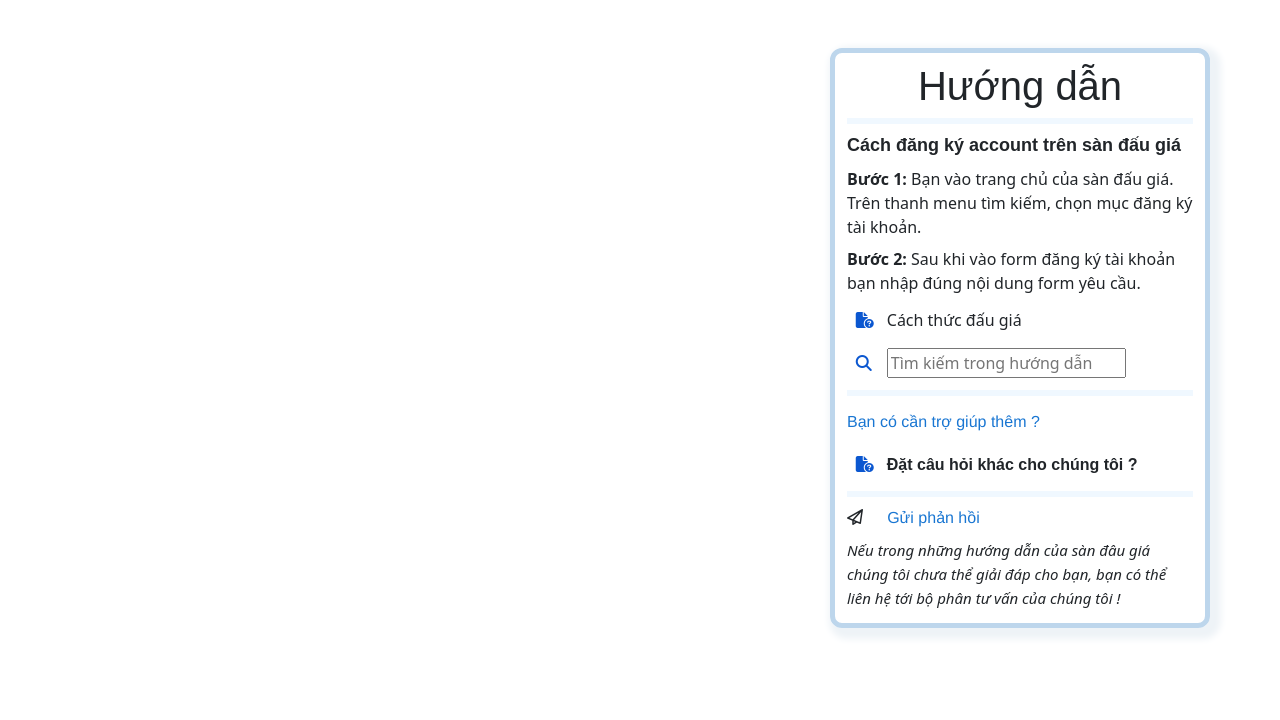
Repository: SonPhamThe/C0622G1-module5
Page: prototype--module6/guides/guide1.html
The author's editor kept a copy of each file at every save. The page is drawn from the files as they stood at one save, then again after a run of saves.
The browser window is 1280 px wide. The pictures show the whole page.
Some web libraries are served in a nearby version.

Above is the page before, as saved 2022-12-07 15:14:17.

### prototype--module6/guides/guide1.html
<!DOCTYPE html>
<html lang="en">
  <head>
    <meta charset="UTF-8" />
    <meta
      name="viewport"
      content="width=device-width, user-scalable=no, initial-scale=1.0, maximum-scale=1.0, minimum-scale=1.0"
    />
    <meta http-equiv="X-UA-Compatible" content="ie=edge" />
    <title>Trang chủ hướng dẫn</title>
    <link rel="stylesheet" href="guide1.css" />
    <link rel="icon" type="image/x-icon" href="favicon.ico" />

    <link
      rel="stylesheet"
      href="https://cdnjs.cloudflare.com/ajax/libs/font-awesome/6.2.1/css/all.min.css"
    />

    <link
      href="https://cdn.jsdelivr.net/npm/bootstrap@5.1.3/dist/css/bootstrap.min.css"
      rel="stylesheet"
      integrity="sha384-1BmE4kWBq78iYhFldvKuhfTAU6auU8tT94WrHftjDbrCEXSU1oBoqyl2QvZ6jIW3"
      crossorigin="anonymous"
    />
    <script
      src="https://cdn.jsdelivr.net/npm/bootstrap@5.1.3/dist/js/bootstrap.bundle.min.js"
      integrity="sha384-ka7Sk0Gln4gmtz2MlQnikT1wXgYsOg+OMhuP+IlRH9sENBO0LRn5q+8nbTov4+1p"
      crossorigin="anonymous"
    ></script>
    <link
      rel="stylesheet"
      href="https://cdnjs.cloudflare.com/ajax/libs/font-awesome/5.15.4/css/all.min.css"
    />
  </head>
  <body>
    <!--Khi chọn mục hướng dẫn trên navbar sẽ đổ modal xuống. Ở trang chủ hướng dẫn em tính làm gồm những phần:
      Cách đăng ký account,
      Thay đổi hoặc đặt lại mật khẩu của bạn,
      Quản lý mật khẩu, vv....
      Khi click một trong số option sẽ chuyển qua một form chứa nội dung của từng tiêu đề đó
     -->
    <div class="container mb-5 mt-5">
      <div class="row">
        <div class="col-lg-4"></div>
        <div class="col-lg-4"></div>
        <div class="boxed col-lg-4 shadow-md" style="height: 100% !important">
          <form>
            <div class="mt-1 text-center">
              <h1 style="font-family: sans-serif">Hướng dẫn</h1>
            </div>
            <div
              class="mb-2"
              style="height: 6px; background-color: aliceblue; width: 100%"
            ></div>
            <div class="mb-2">
              <label
                ><strong style="font-family: sans-serif; font-size: large"
                  >Cách đăng ký account trên sàn đấu giá</strong
                ></label
              >
            </div>
            <div class="mb-2">
              <span>
                <strong>Bước 1:</strong>
                Bạn vào trang chủ của sàn đấu giá. Trên thanh menu tìm kiếm,
                chọn mục đăng ký tài khoản.
              </span>
            </div>
            <div class="mb-2">
              <span>
                <strong>Bước 2:</strong>
              Sau khi vào form đăng ký tài khoản bạn nhập đúng nội dung form
              yêu cầu.
              </span>
            </div>
            <div class="mb-2">
             <span>
            </div>

            <div class="mb-2">
              <i class="fa-solid fa-file-circle-question"></i>
              <label>Cách thức đấu giá</label>
            </div>

            <div class="mb-2">
              <i class="fa-solid fa-magnifying-glass"></i>
              <input
                type="search"
                class="search"
                placeholder="Tìm kiếm trong hướng dẫn"
              />
            </div>
            <div
              class="mb-2"
              style="height: 6px; background-color: aliceblue; width: 100%"
            ></div>

            <div class="mb-2">
              <h6
                class="mt-3 mb-3"
                style="color: #1976d2; font-family: Helvetica"
              >
                Bạn có cần trợ giúp thêm ?
              </h6>
              <div class="mb-2">
                <i class="fa-solid fa-file-circle-question"></i>
                <label style="font-family: sans-serif"
                  ><strong>Đặt câu hỏi khác cho chúng tôi ?</strong></label
                >
              </div>
              <div
                class="mb-2"
                style="height: 6px; background-color: aliceblue; width: 100%"
              ></div>
              <div class="mb-2">
                <i class="fa-regular fa-paper-plane"></i>
                <label
                  style="
                    color: #1976d2;
                    font-family: Helvetica;
                    margin-left: 20px;
                  "
                >
                  Gửi phản hồi
                </label>
              </div>
            </div>
          </form>
          <div class="mb-2">
            <span style="font-size: 15px" class="fst-italic"
              >Nếu trong những hướng dẫn của sàn đâu giá chúng tôi chưa thể giải
              đáp cho bạn, bạn có thể liên hệ tới bộ phân tư vấn của chúng tôi
              !</span
            >
          </div>
        </div>

        <div class="col-lg-3"></div>
      </div>
    </div>
  </body>
  <script src="//ajax.googleapis.com/ajax/libs/jquery/1.9.1/jquery.min.js"></script>
  <script
    src="https://cdn.jsdelivr.net/npm/popper.js@1.12.9/dist/umd/popper.min.js"
    integrity="sha384-ApNbgh9B+Y1QKtv3Rn7W3mgPxhU9K/ScQsAP7hUibX39j7fakFPskvXusvfa0b4Q"
    crossorigin="anonymous"
  ></script>
</html>

### prototype--module6/guides/guide1.css
.boxed {
  width: 400px;
  height: 550px;
}

.boxed {
  border: 5px solid;
  border-image-slice: 1;
  border-color: rgb(189, 214, 236);
  padding: 5px;
  border-radius: 12px;
  background-color: transparent;
  box-shadow: 5px 5px 7px 6px  rgb(238, 243, 247);
}

.fa-solid {
  color: #0b57d0;
  height: 1.125rem;
  margin: 0.55rem;
  visibility: initial;
  width: 1.125rem;
}

After the next 2 saves:
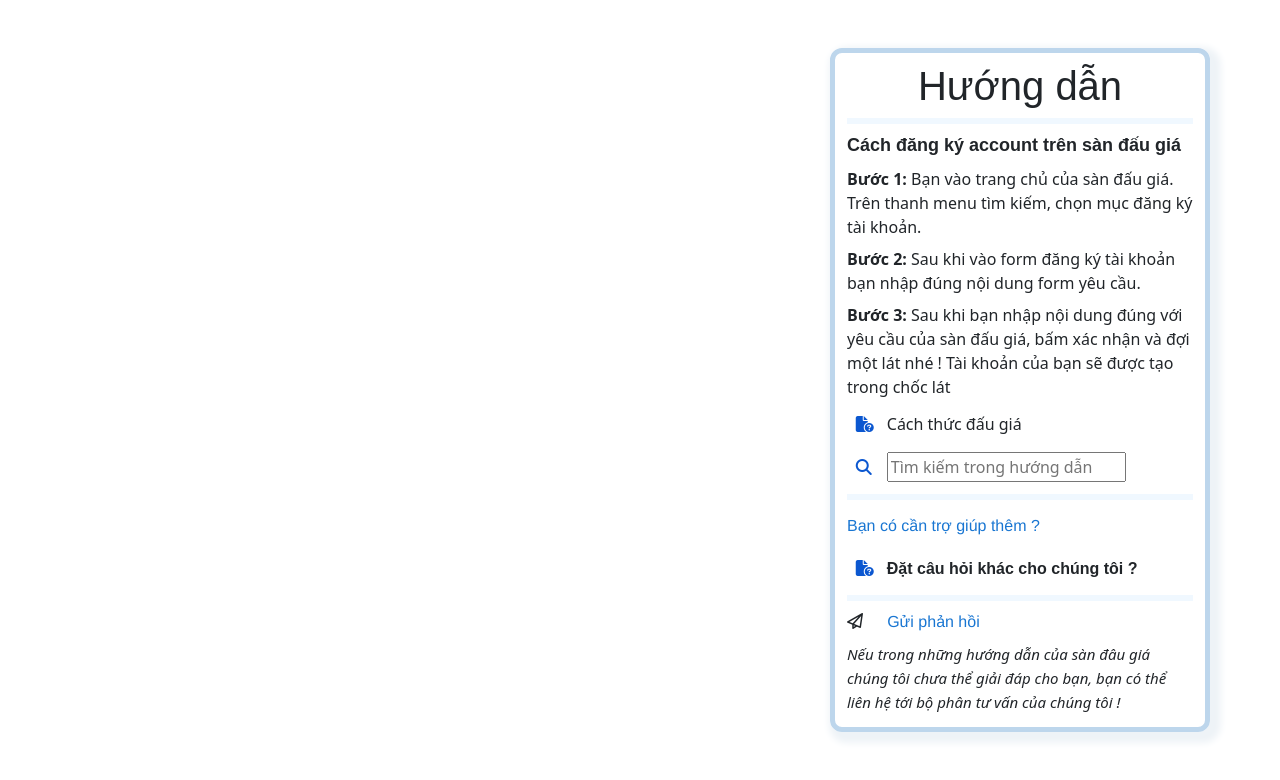
The 2 saves are shown as one change because they came seconds apart.
The last was saved 10 s later.
--- a/prototype--module6/guides/guide1.html
+++ b/prototype--module6/guides/guide1.html
@@ -69,12 +69,17 @@
             <div class="mb-2">
               <span>
                 <strong>Bước 2:</strong>
-              Sau khi vào form đăng ký tài khoản bạn nhập đúng nội dung form
-              yêu cầu.
+                Sau khi vào form đăng ký tài khoản bạn nhập đúng nội dung form
+                yêu cầu.
               </span>
             </div>
             <div class="mb-2">
-             <span>
+              <span>
+                <strong>Bước 3:</strong>
+                Sau khi bạn nhập nội dung đúng với yêu cầu của sàn đấu giá, bấm
+                xác nhận và đợi một lát nhé ! Tài khoản của bạn sẽ được tạo
+                trong chốc lát
+              </span>
             </div>
 
             <div class="mb-2">
